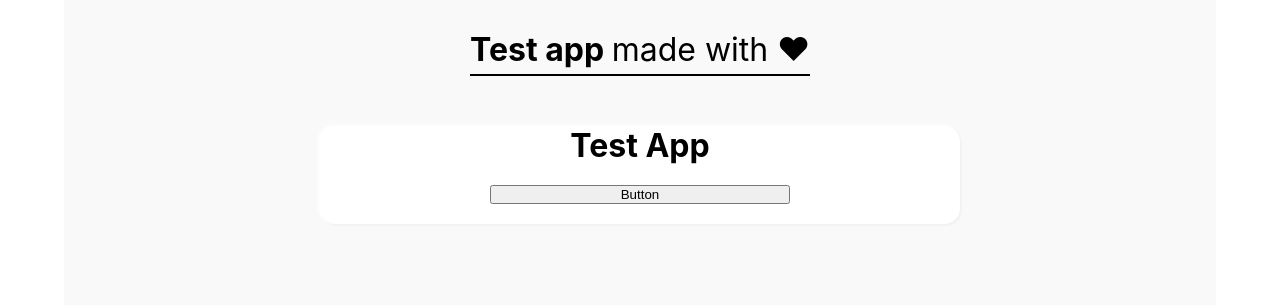
Repository: Khattak01/test-app
Page: /
The author's editor kept a copy of each file at every save. The page is drawn from the files as they stood at one save, then again after the next save.
The browser window is 1280 px wide. The pictures show the whole page.
The project was rebuilt for these pictures with package versions that can differ from the ones it lists, and the page was loaded fresh each time.

Above is the page before, as saved 2021-05-12 07:53:59.

### public/index.html
<!DOCTYPE html>
<html lang="en">
  <head>
    <meta charset="utf-8" />
    <link rel="icon" href="%PUBLIC_URL%/favicon.ico" />
    <meta name="viewport" content="width=device-width, initial-scale=1" />
    <meta name="theme-color" content="#000000" />
    <meta
      name="description"
      content="Web site created using create-react-app"
    />
    <link rel="apple-touch-icon" href="%PUBLIC_URL%/logo192.png" />
    <!--
      manifest.json provides metadata used when your web app is installed on a
      user's mobile device or desktop. See https://developers.google.com/web/fundamentals/web-app-manifest/
    -->
    <link rel="manifest" href="%PUBLIC_URL%/manifest.json" />
    <!--
      Notice the use of %PUBLIC_URL% in the tags above.
      It will be replaced with the URL of the `public` folder during the build.
      Only files inside the `public` folder can be referenced from the HTML.

      Unlike "/favicon.ico" or "favicon.ico", "%PUBLIC_URL%/favicon.ico" will
      work correctly both with client-side routing and a non-root public URL.
      Learn how to configure a non-root public URL by running `npm run build`.
    -->
    <title>Login App</title>
  </head>
  <body>
    <noscript>You need to enable JavaScript to run this app.</noscript>
    <div id="root"></div>
    <!--
      This HTML file is a template.
      If you open it directly in the browser, you will see an empty page.

      You can add webfonts, meta tags, or analytics to this file.
      The build step will place the bundled scripts into the <body> tag.

      To begin the development, run `npm start` or `yarn start`.
      To create a production bundle, use `npm run build` or `yarn build`.
    -->
  </body>
</html>

### src/index.js
import React from 'react';
import ReactDOM from 'react-dom';
import './index.css';
import App from '../src/components/app/App';

ReactDOM.render(
  <React.StrictMode>
      <App />
  </React.StrictMode>,
  document.getElementById('root')
);

### src/index.css
*{
  margin: 0;
  padding: 0;
  box-sizing: border-box;
}
body {
  margin: 0;
  font-family: -apple-system, BlinkMacSystemFont, 'Segoe UI', 'Roboto', 'Oxygen',
    'Ubuntu', 'Cantarell', 'Fira Sans', 'Droid Sans', 'Helvetica Neue',
    sans-serif;
  -webkit-font-smoothing: antialiased;
  -moz-osx-font-smoothing: grayscale;
}

code {
  font-family: source-code-pro, Menlo, Monaco, Consolas, 'Courier New',
    monospace;
}

.container{
  width:90%;
  margin:auto auto;
  background-color: #f9f9f9;
  padding: 10px;
}

### src/components/app/App.js
import React from 'react'
import './App.css'
import Banner from '../banner/Banner'

const App = () => {
    return (
        <div className="app container">
            <h1>Test app <span style={{fontWeight:'lighter'}}> made with </span> &#10084;</h1>
            <Banner />
        </div>
    )
}

export default App

### src/components/app/App.css
.app{
    padding: 30px 0;
    min-height:100vh;
    text-align: center;
}
.app > h1{
    display:inline-block;

    text-align:center;
    width: max-content;
    padding-bottom: 5px;
    border-bottom: 2px solid black;
    margin-bottom: 50px;
}

### src/components/banner/Banner.js
import React from 'react'
import classes from './Banner.module.css'

import Box from '../../UI/box/Box'

const Banner = () => {

    return (
        <Box className={classes.banner}>
            <h1>Test App</h1>
            <button className={classes.login__btn}>Button</button>
        </Box>
    )
}

export default Banner

### src/components/banner/Banner.module.css
.banner {
  width: 100%;
  max-width: 40rem;
  min-width: 50vh;
  /* border: 1px solid black; */
  margin: auto auto;

  display: flex;
  flex-direction: column;
  gap: 20px;
  padding: 20px;
  padding-top: 0;
}
.banner > *:not(:first-child) {
  min-width: 300px !important;
  margin: auto auto;
}

.banner__btn {
  width: 300px !important;
  display: flex;
  justify-content: center;
  align-items: center;
  /* background:#1AAB8A; */

  background-image: linear-gradient(
    100.28537797494744deg,
    rgba(14, 67, 84, 1) 6.8671875%,
    rgba(14, 67, 84, 1) 8.216145833333332%,
    rgba(28, 145, 166, 1) 87.80468749999999%
  );

  color: #fff;
  border: none;
  position: relative;
  height: 60px;
  font-size: 18px;
  padding: 0 20px;
  cursor: pointer;
  transition: 800ms ease all;
  outline: none;
}
.banner__btn:hover {
  background: #fff;
  color: #1aab8a;
}
.banner__btn:before,
.banner__btn:after {
  content: "";
  position: absolute;
  top: 0;
  right: 0;
  height: 2px;
  width: 0;
  background: #1aab8a;
  transition: 400ms ease all;
}
.banner__btn:after {
  right: inherit;
  top: inherit;
  left: 0;
  bottom: 0;
}
.banner__btn:hover:before,
.banner__btn:hover:after {
  width: 100%;
  transition: 800ms ease all;
}

### src/UI/box/Box.js

import React from 'react'
import classes from './Box.module.css'

const Box = (props) => {
    return (
        <div onClick={props.onClick} className={[classes.box,props.className].join(' ')}>
            {props.children}
        </div>
    )
}

export default Box

### src/UI/box/Box.module.css
.box {
  background-color: #ffffff;
  transition: all 0.25s cubic-bezier(0.86, 1.26, 0.59, 1.03);
  /* min-height: 1rem; */
  /* padding: 1rem; */
  border-radius: 1rem;
  box-shadow: 2px 2px 2px #f2f2f2, -2px -1px 3px #ffffff;
}
.box:hover {
  /* transform: translateZ(0) scale(1.05); */
  backface-visibility: hidden;
}

After the next save:
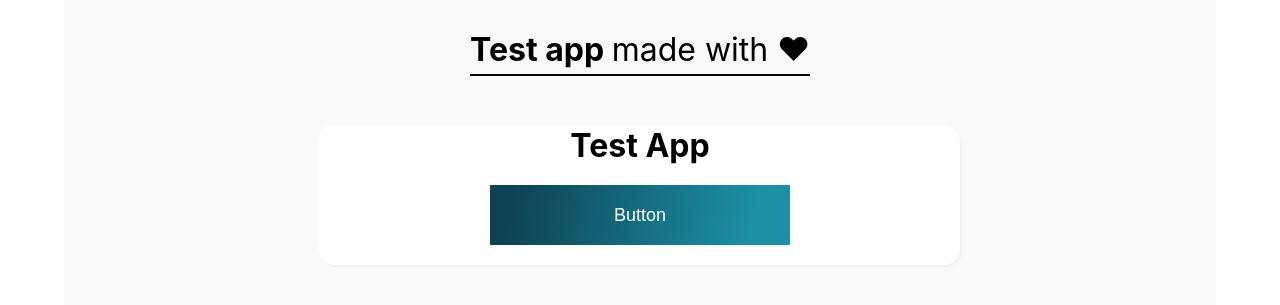
Saved 11 s later.
--- a/src/components/banner/Banner.js
+++ b/src/components/banner/Banner.js
@@ -8,7 +8,7 @@
     return (
         <Box className={classes.banner}>
             <h1>Test App</h1>
-            <button className={classes.login__btn}>Button</button>
+            <button className={classes.banner__btn}>Button</button>
         </Box>
     )
 }
